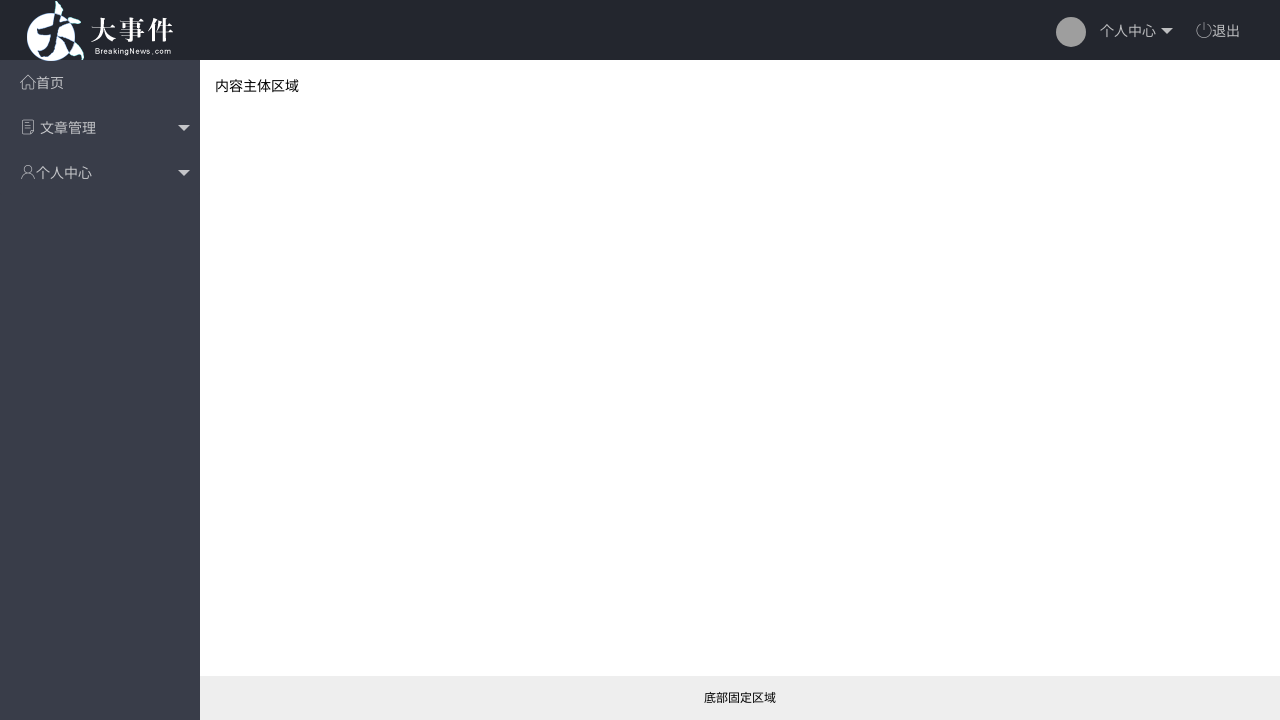
Repository: lithronmatic/web_bigbigevent
Page: index.html
The author's editor kept a copy of each file at every save. The page is drawn from the files as they stood at one save, then again after the next save.
The browser window is 1280 px wide. The pictures show the whole page.
Pictures or frames that could not be fetched are drawn as grey boxes. The page's requests for data from a server got no answer.

Above is the page before, as saved 2022-09-03 09:10:47.

After the next save:
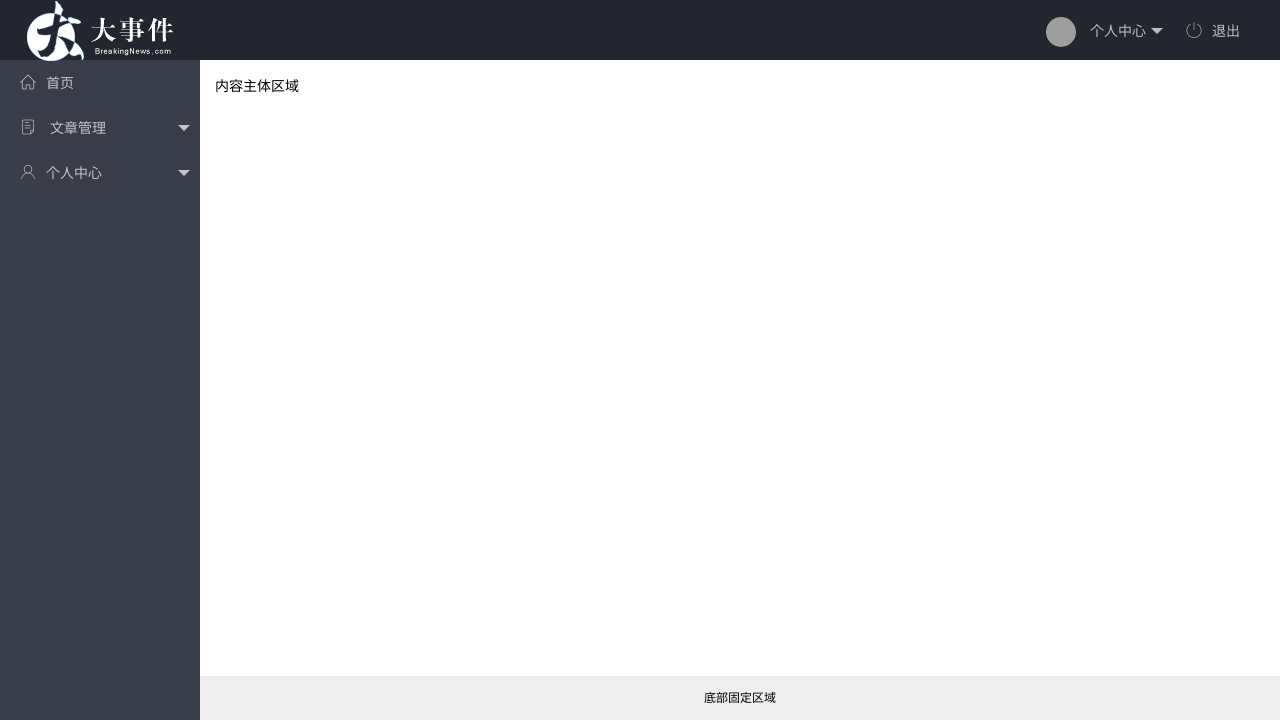
Saved 41 s later.
--- a/assets/css/index.css
+++ b/assets/css/index.css
@@ -58,3 +58,6 @@ a{
     text-align: center;
     font-size: 12px;
 }
+.iconfont{
+    margin-right:10px;
+}
